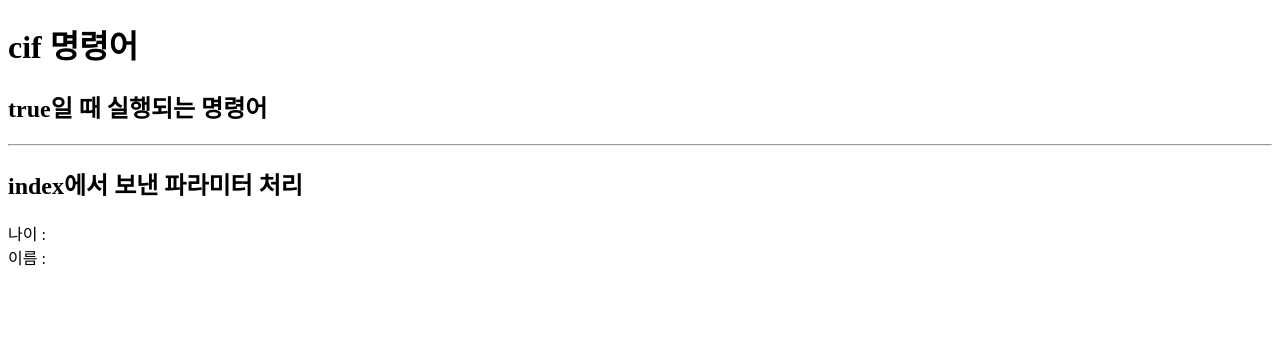
Repository: saeeeem2/2023JSTL
Page: http://localhost/jstl_study/step-1.jsp
The author's editor kept a copy of each file at every save. The page is drawn from the files as they stood at one save, then again after the next save.
The browser window is 1280 px wide. The pictures show the whole page.
The page is served by Tomcat 9. Other server files are loaded and not shown.

Above is the page before, as saved 2023-11-22 04:48:16.

### jstl_study/src/main/webapp/step-1.jsp
<%@ page language="java" contentType="text/html; charset=UTF-8"
    pageEncoding="UTF-8"%>
    <%@ taglib uri="http://java.sun.com/jsp/jstl/core" prefix="c" %>
<!DOCTYPE html>
<html>
<head>
<meta charset="UTF-8">
<title>Insert title here</title>
</head>
<body>
	<h1>cif 명령어</h1>
	<c:if test="true">
		<h2>true일 때 실행되는 명령어</h2>
	</c:if>

<hr>
<!-- query String 방식 주소?정보=13&정보 123 파라미터를 보낸다라고 함 -->

<h2>index에서 보낸 파라미터 처리</h2>
나이 : ${param.age }<br>
이름 : ${param.name }
<br><br>

<c:if test="${param.age <15 }">
	${param.name }은 어린이입니다.
</c:if>




</body>
</html>

After the next save:
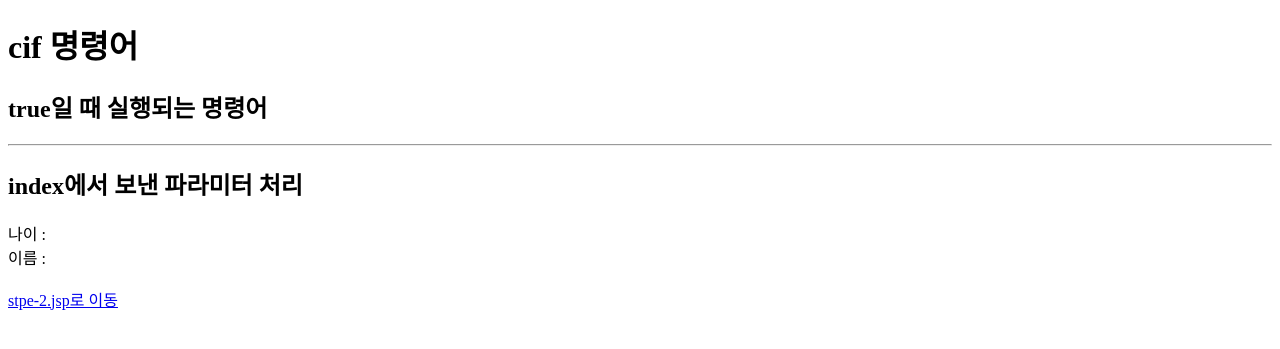
Saved 67 s later.
--- a/jstl_study/src/main/webapp/step-1.jsp
+++ b/jstl_study/src/main/webapp/step-1.jsp
@@ -25,7 +25,9 @@
 	${param.name }은 어린이입니다.
 </c:if>
 
-
+<!-- query String 방식으로 name=맛있는 귤 address=제주 step-2.jsp로 이동  -->
+<!-- step-2.jsp 페이지를 생성 후 파라미터를 출력 상품명 : 원산지 : -->
+	<a href="step-2.jsp">stpe-2.jsp로 이동</a>
 
 
 </body>
